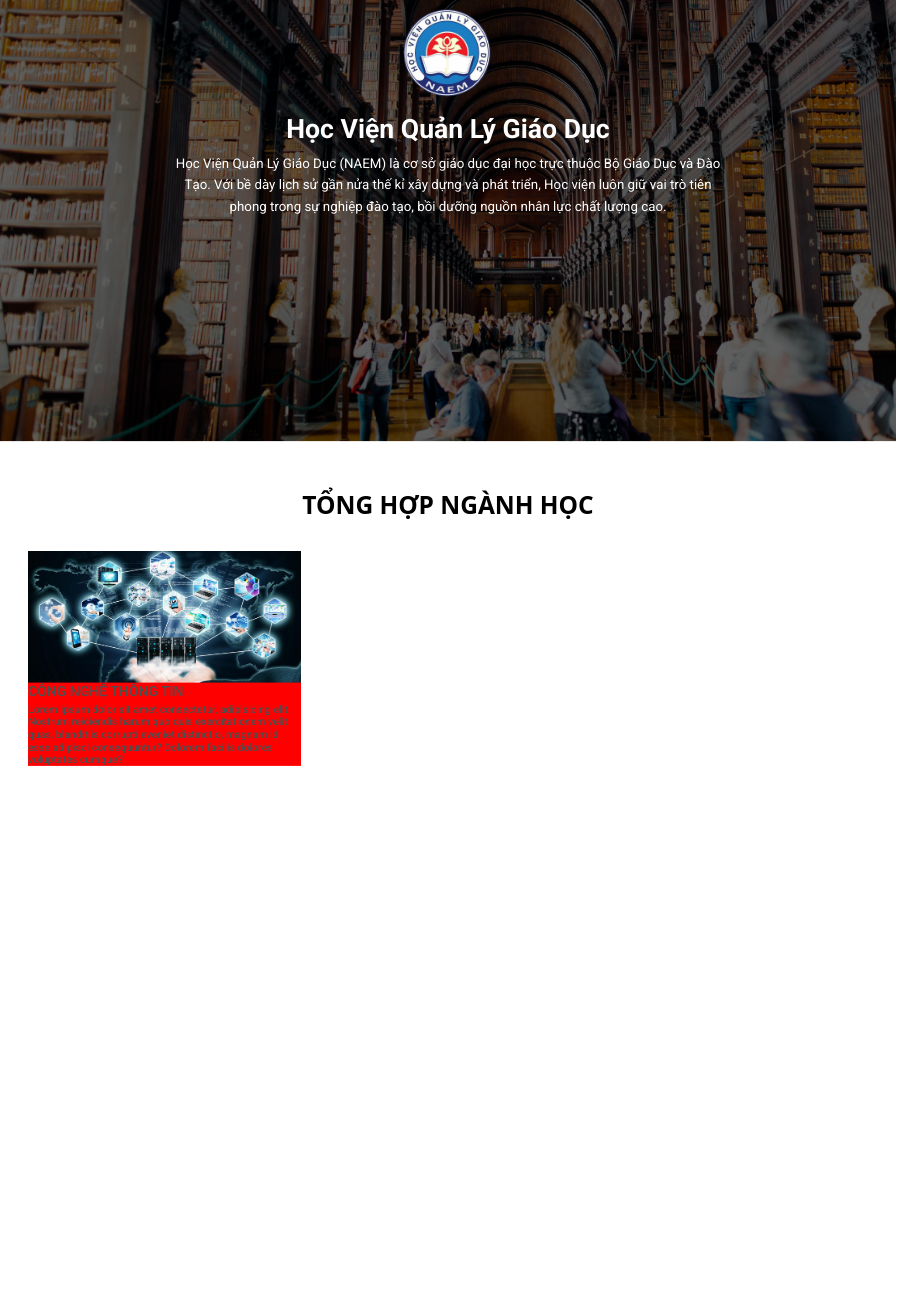
Repository: hongphuck1/trangweb1
Page: index.html
An editor plug-in stored every save of this project. The page is shown before and after the next save, followed by the edit.
The browser window is 1280 px wide. The page is 1288 px wide, so the pictures cover 1288 px, including what lies to the right of the window. The pictures show the part of the page from y = 1293 to 3173 px (the page is 4941 px tall), at 70% of full size.

Above is the page before, as saved 2021-09-07 01:55:53.

After the next save:
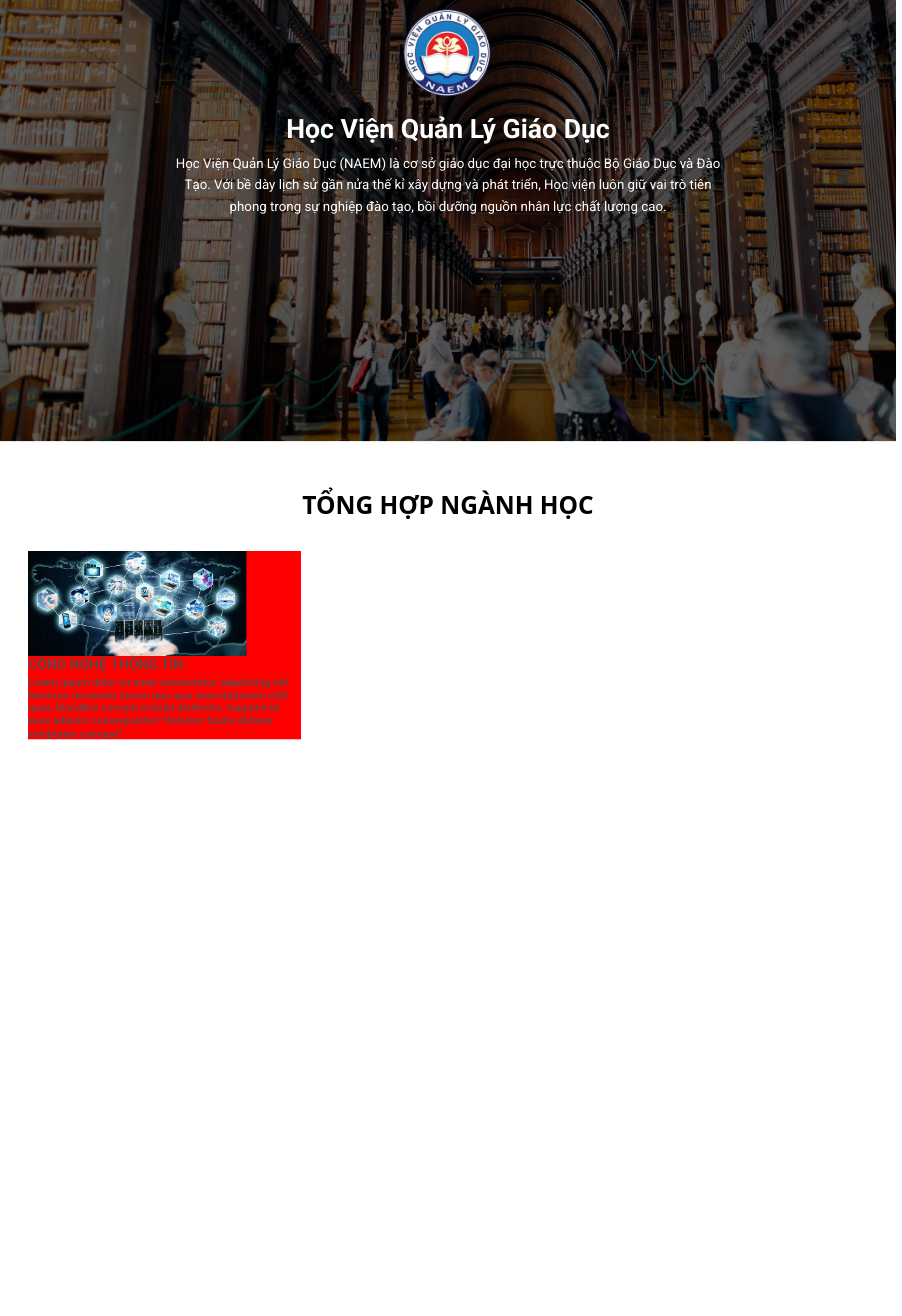
Saved 21 s later.
--- a/css/style.css
+++ b/css/style.css
@@ -287,3 +287,7 @@
 .container-body-subject {
   background-color: red;
 }
+
+.container-body-subject img {
+  width: 80%;
+}
